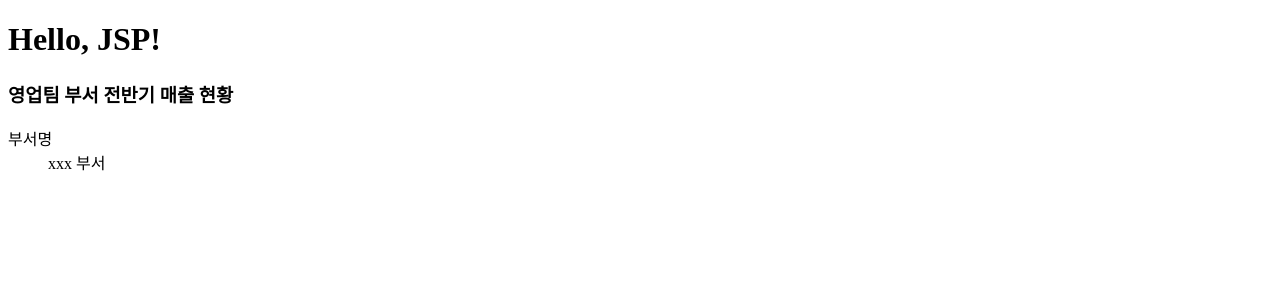
Repository: onuo77/HTA
Page: http://localhost/sample/hello.jsp
An editor plug-in stored every save of this project. The page is shown before and after the next save, followed by the edit.
The browser window is 1280 px wide. The pictures show the whole page.
The page is served by Tomcat 9. Other server files are loaded and not shown.

Above is the page before, as saved 2021-05-18 07:20:01.

### java-web/sample/src/main/webapp/hello.jsp
<%--
	contentType
		클라이언트로 보내는 응답 컨텐츠의 변환방식(인코딩방식)을 지정한다.
		charset=UTF-8 혹은 charset=EUC-KR(지금은 거의안씀)일 때만 한글 컨텐츠를 제대로 보낼 수 있다.
	pageEncoding
		jsp파일을 저장할 때 텍스트의 변환방식을 지정한다.
		UTF-8 혹은 EUC-KR일 때만 한글이 포함된 텍스트를 저장할 수 있다. (아닐경우 저장자체가 안됨)
 --%>
<%@ page language="java" contentType="text/html; charset=UTF-8" pageEncoding="UTF-8" trimDirectiveWhitespaces="true"%>
<!DOCTYPE html>
<html>
<head>
<meta charset="UTF-8">
<title>Hello</title>
</head>
<body>
	<%--
		스크립틀릿 : <% 자바코드 작성영역을 만든다. %>
			- 변수의 선언, 변수의 초기화, 객체 생성, 제어문, 반복문, 메소드 호출 등이 가능하다.
			- 스크립틀릿안에서 주석은 자바의 주석을 사용한다.
			- 스크립틀릿안에서 작성한 자바코드는 jsp를 java로 변환했을 때
			  전부 _jspService(req, res) 메소드 안에 포함된다.
	 --%>
	<%
		//변수 선언하기
		String name = "영업팀";
		/*
			객체 생성 및 메소드 실행도 가능하다.
		*/
		//영업팀의 1~6월까지 매출현황
		int[] sales = {1000000, 2000000, 32000000, 540000, 400000, 12000000};

		int totalSales = 0;
		for(int amount : sales){
			totalSales += amount;
		}

		System.out.println("부서명 : " + name);
		System.out.println("총계 : " + totalSales + "원");
	%>
	<h1>Hello, JSP!</h1>

	<h3><%=name %> 부서 전반기 매출 현황</h3>
	<dl>
		<dt>부서명</dt><dd>xxx 부서</dd>
	</dl>

</body>
</html>

After the next save:
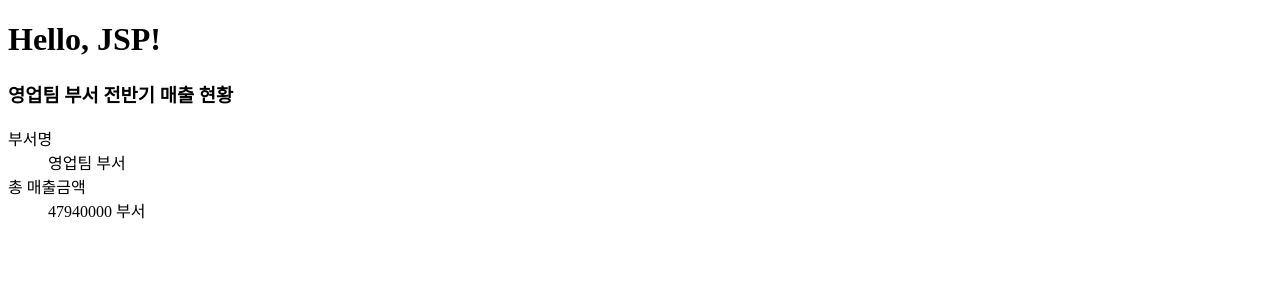
Saved 35 s later.
--- a/java-web/sample/src/main/webapp/hello.jsp
+++ b/java-web/sample/src/main/webapp/hello.jsp
@@ -42,7 +42,8 @@
 
 	<h3><%=name %> 부서 전반기 매출 현황</h3>
 	<dl>
-		<dt>부서명</dt><dd>xxx 부서</dd>
+		<dt>부서명</dt><dd><%=name %> 부서</dd>
+		<dt>총 매출금액</dt><dd><%=totalSales %> 부서</dd>
 	</dl>
 
 </body>
